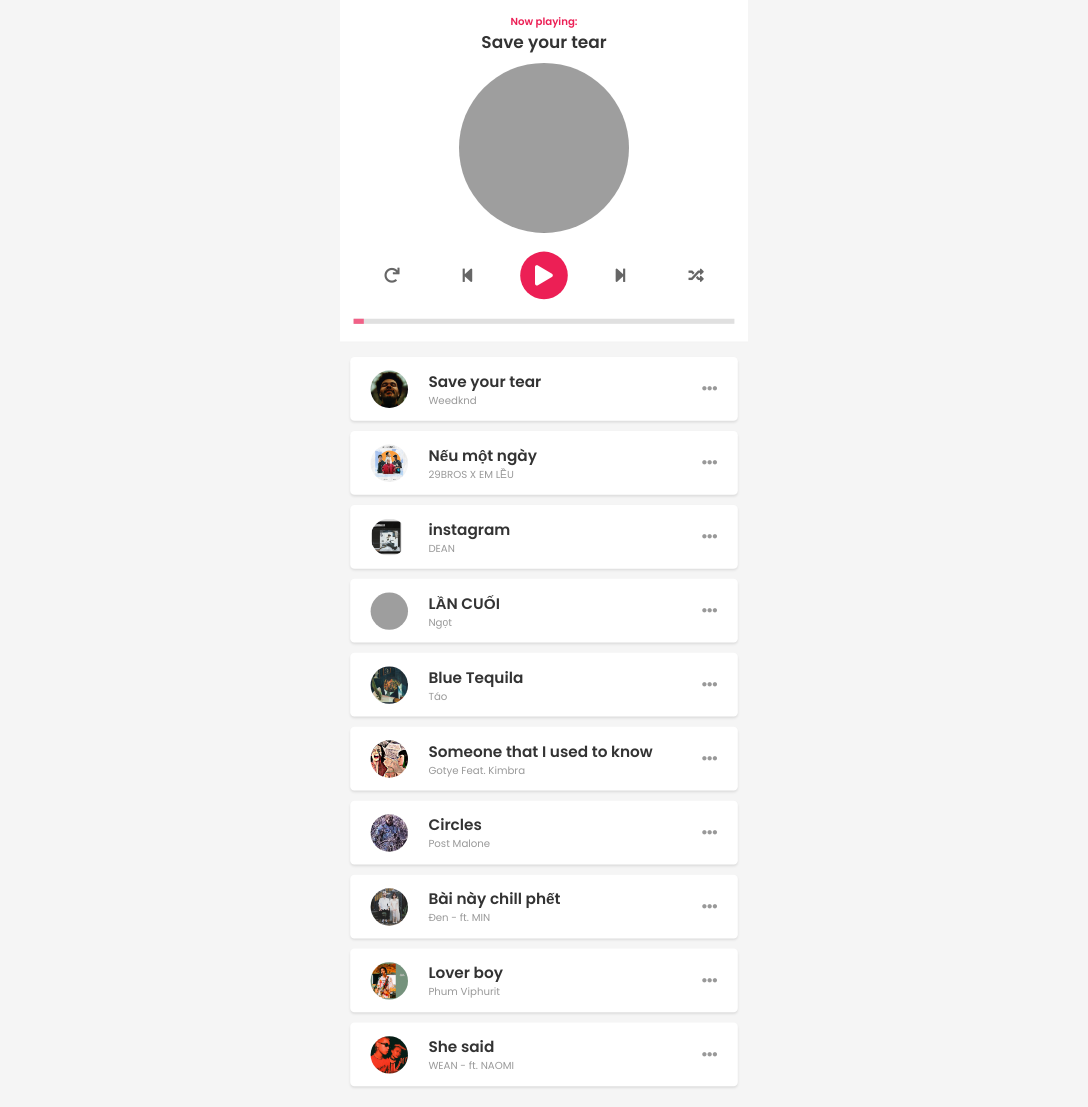
Repository: AnhTuan191298/sent-file-hoang
Page: music_player_f8/index.html
An editor plug-in stored every save of this project. The page is shown before and after the next save, followed by the edit.
The browser window is 1280 px wide. The pictures show the whole page, at 85% of full size.
Pictures or frames that could not be fetched are drawn as grey boxes.

Above is the page before, as saved 2021-02-18 11:29:37.

After the next save:
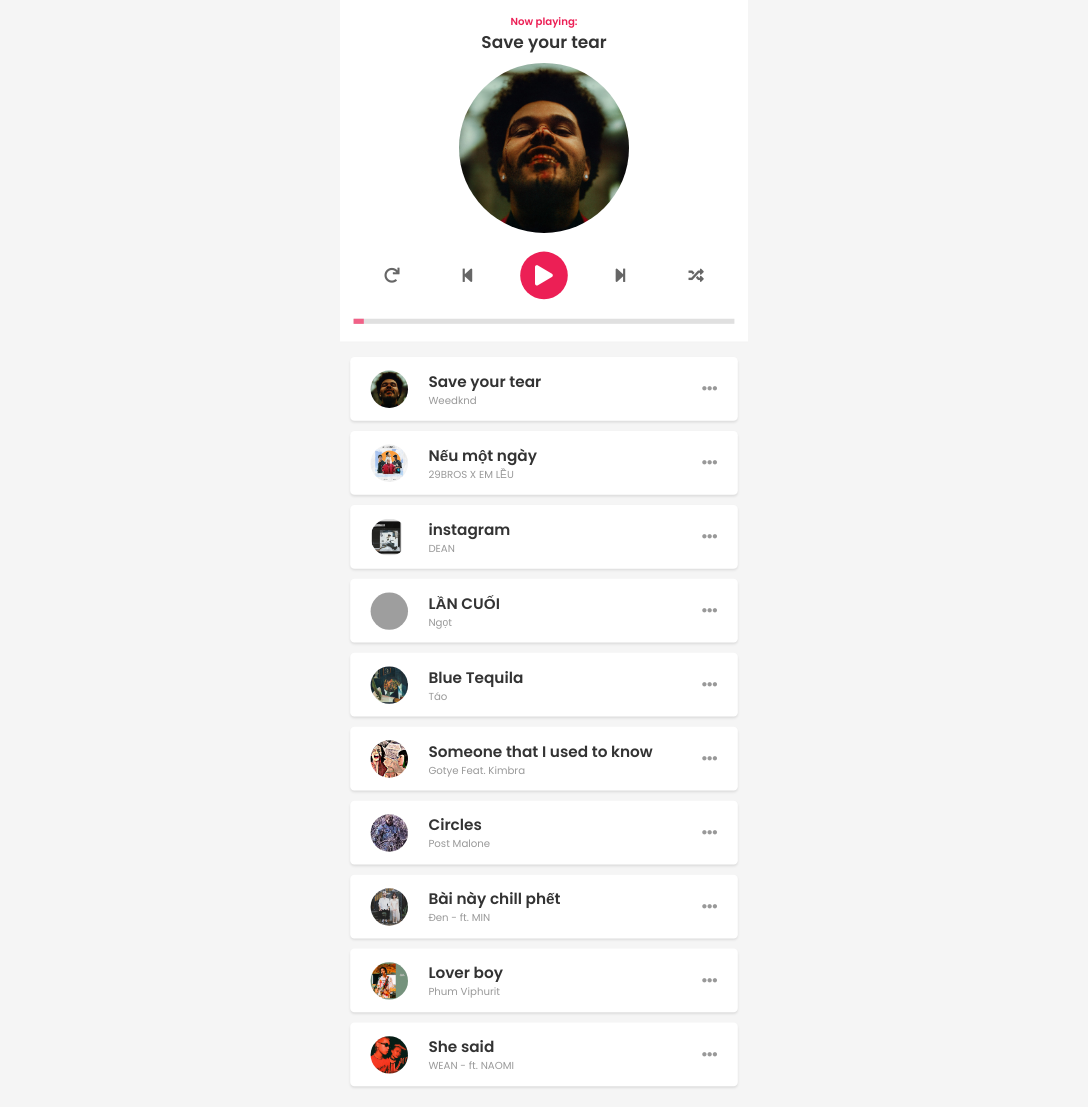
Saved 66 s later.
--- a/music_player_f8/assets/js/main.js
+++ b/music_player_f8/assets/js/main.js
@@ -129,6 +129,7 @@ const app = {
         const audio = $('#audio')
 
         heading.textContent = this.currentSong.name
+        cdThumb.style.backgroundImage = `url(${this.currentSong.img})`
 
         console.log(heading, cdThumb, audio);
     },
